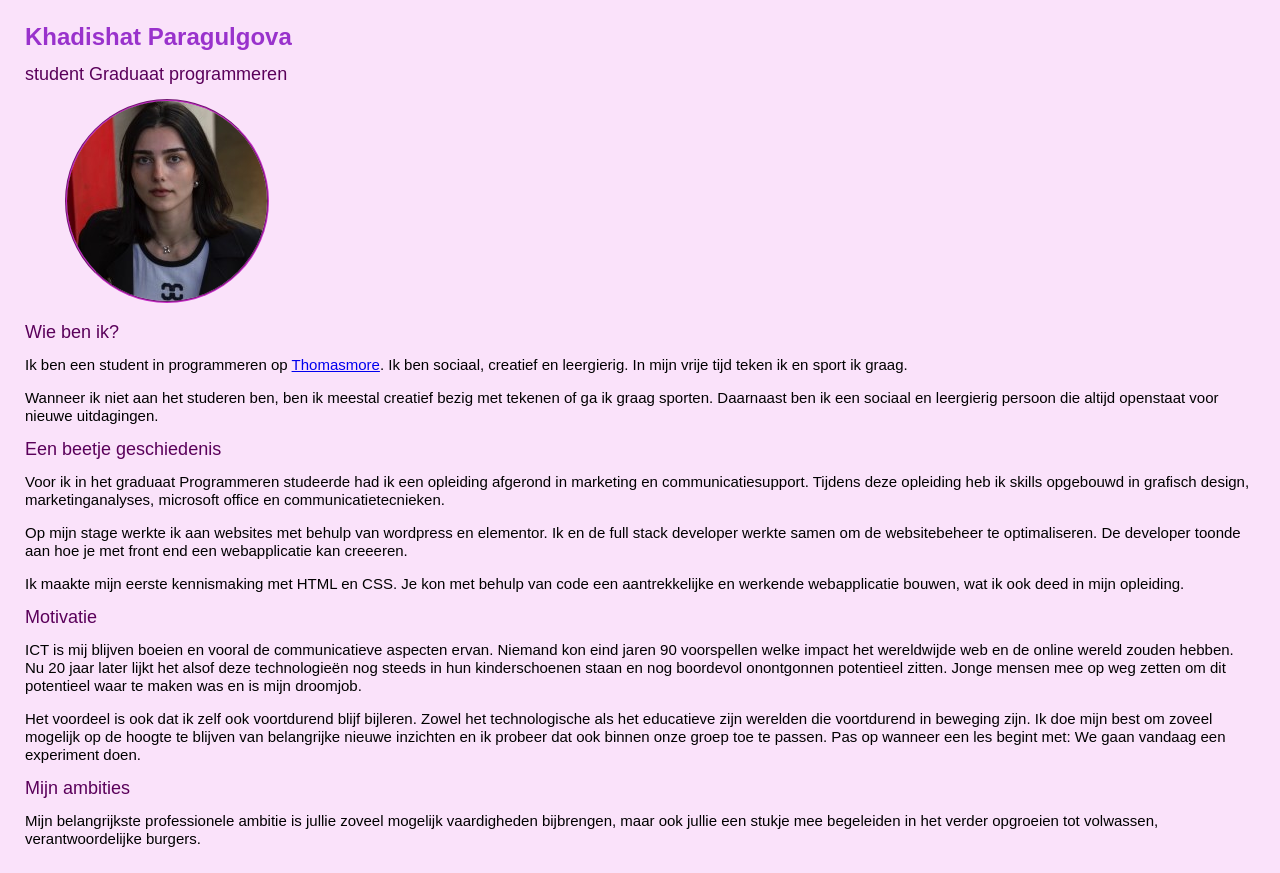
Repository: khadishat00/portfolio
Page: index.html
An editor plug-in stored every save of this project. The page is shown before and after the next save, followed by the edit.
The browser window is 1280 px wide. The pictures show the whole page.

Above is the page before, as saved 2026-09-24 16:10:47.

### index.html
<!doctype html>
<html lang="en">
  <head>
    <meta charset="UTF-8" />
    <meta name="viewport" content="width=device-width, initial-scale=1.0" />
    <title>portfolio</title>
  </head>
  <style>
    html {
      font-family: Arial, sans-serif;
    }
    body {
      background-color: rgba(247, 200, 246, 0.509);
      margin: 25px;
    }
    h1 {
      font-family: "Century Gothic", sans-serif;
      color: darkorchid;
      font-weight: bold;
      font-size: 24px;
      line-height: 24px;
    }
    h2 {
      font-family: sans-serif;
      color: rgb(90, 0, 90);
      font-weight: normal;
      font-size: 18px;
      line-height: 18px;
    }
    p {
      font-family: Arial;
      color: black;
      font-size: 15px;
      line-height: 18px;
      font-weight: normal;
    }

    figure {
      display: block;
      margin-block-start: 1em;
      margin-block-end: 1em;
      margin-inline-start: 40px;
      margin-inline-end: 40px;
      unicode-bidi: isolate;
    }

    img {
      max-width: 100%;
      border: 2px groove;
      border-radius: 50%;
      border-color: rgb(199, 44, 199);
    }
  </style>

  <body>
    <header>
      <h1>Khadishat Paragulgova</h1>
      <h2>student Graduaat programmeren</h2>
      <figure>
        <img src="profielfoto.jpg" alt="Mijn profielfoto" />
      </figure>
    </header>
    <main>
      <h2>Wie ben ik?</h2>
      <p>
        Ik ben een student in programmeren op
        <a href="https://thomasmore.be/nl">Thomasmore</a>. Ik ben sociaal,
        creatief en leergierig. In mijn vrije tijd teken ik en sport ik graag.
      </p>
      <p>
        Wanneer ik niet aan het studeren ben, ben ik meestal creatief bezig met
        tekenen of ga ik graag sporten. Daarnaast ben ik een sociaal en
        leergierig persoon die altijd openstaat voor nieuwe uitdagingen.
      </p>

      <h2>Een beetje geschiedenis</h2>
      <p>
        Voor ik in het graduaat Programmeren studeerde had ik een opleiding
        afgerond in marketing en communicatiesupport. Tijdens deze opleiding heb
        ik skills opgebouwd in grafisch design, marketinganalyses, microsoft
        office en communicatietecnieken.
      </p>
      <p>
        Op mijn stage werkte ik aan websites met behulp van wordpress en
        elementor. Ik en de full stack developer werkte samen om de
        websitebeheer te optimaliseren. De developer toonde aan hoe je met front
        end een webapplicatie kan creeeren.
      </p>
      <p>
        Ik maakte mijn eerste kennismaking met HTML en CSS. Je kon met behulp van code een aantrekkelijke en werkende webapplicatie bouwen, wat ik ook deed in mijn opleiding.
      </p>

      <h2>Motivatie</h2>
      <p>
        ICT is mij blijven boeien en vooral de communicatieve aspecten ervan.
        Niemand kon eind jaren 90 voorspellen welke impact het wereldwijde web
        en de online wereld zouden hebben. Nu 20 jaar later lijkt het alsof deze
        technologieën nog steeds in hun kinderschoenen staan en nog boordevol
        onontgonnen potentieel zitten. Jonge mensen mee op weg zetten om dit
        potentieel waar te maken was en is mijn droomjob.
      </p>
      <p>
        Het voordeel is ook dat ik zelf ook voortdurend blijf bijleren. Zowel
        het technologische als het educatieve zijn werelden die voortdurend in
        beweging zijn. Ik doe mijn best om zoveel mogelijk op de hoogte te
        blijven van belangrijke nieuwe inzichten en ik probeer dat ook binnen
        onze groep toe te passen. Pas op wanneer een les begint met: We gaan
        vandaag een experiment doen.
      </p>

      <h2>Mijn ambities</h2>
      <p>
        Mijn belangrijkste professionele ambitie is jullie zoveel mogelijk
        vaardigheden bijbrengen, maar ook jullie een stukje mee begeleiden in
        het verder opgroeien tot volwassen, verantwoordelijke burgers.
      </p>
    </main>
  </body>
</html>

After the next save:
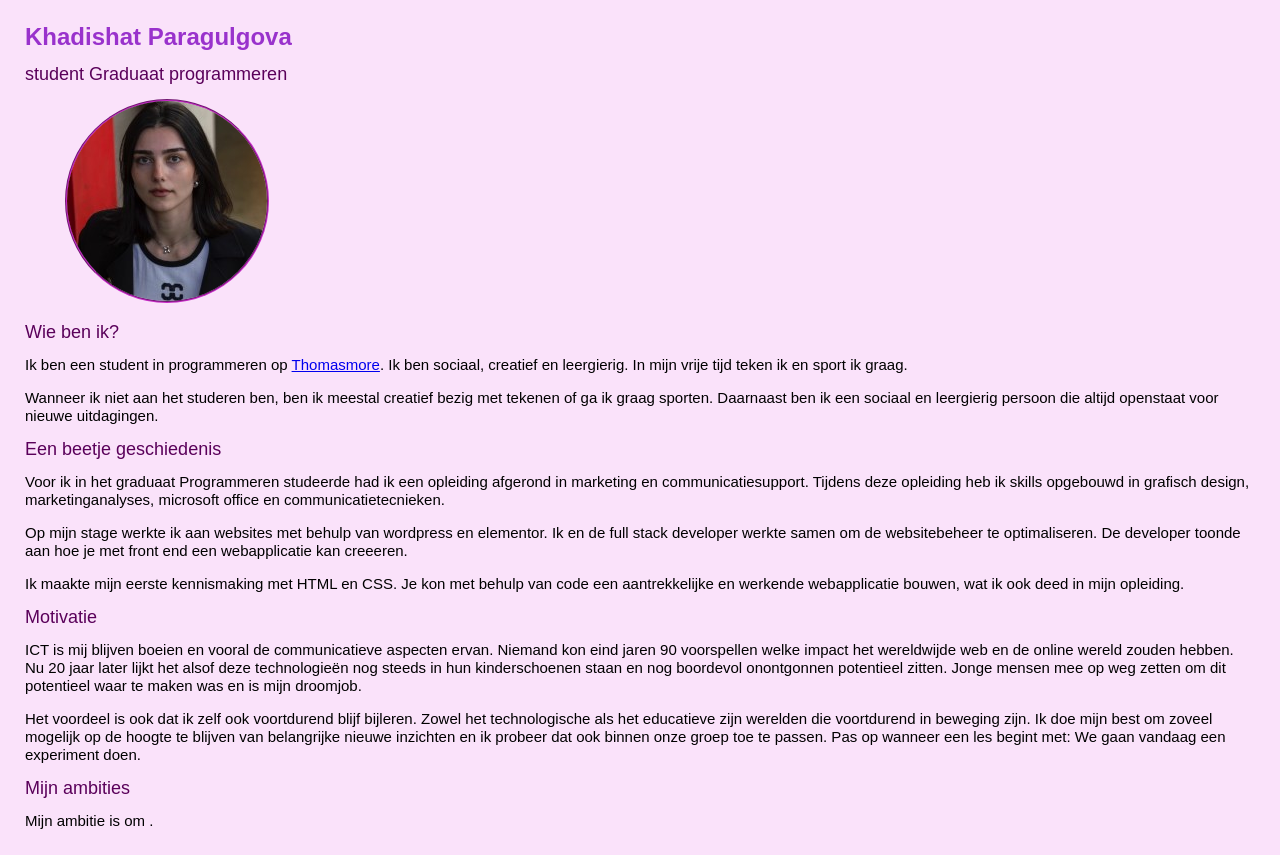
Saved 27 s later.
--- a/index.html
+++ b/index.html
@@ -110,9 +110,7 @@
 
       <h2>Mijn ambities</h2>
       <p>
-        Mijn belangrijkste professionele ambitie is jullie zoveel mogelijk
-        vaardigheden bijbrengen, maar ook jullie een stukje mee begeleiden in
-        het verder opgroeien tot volwassen, verantwoordelijke burgers.
+        Mijn ambitie is om .
       </p>
     </main>
   </body>
